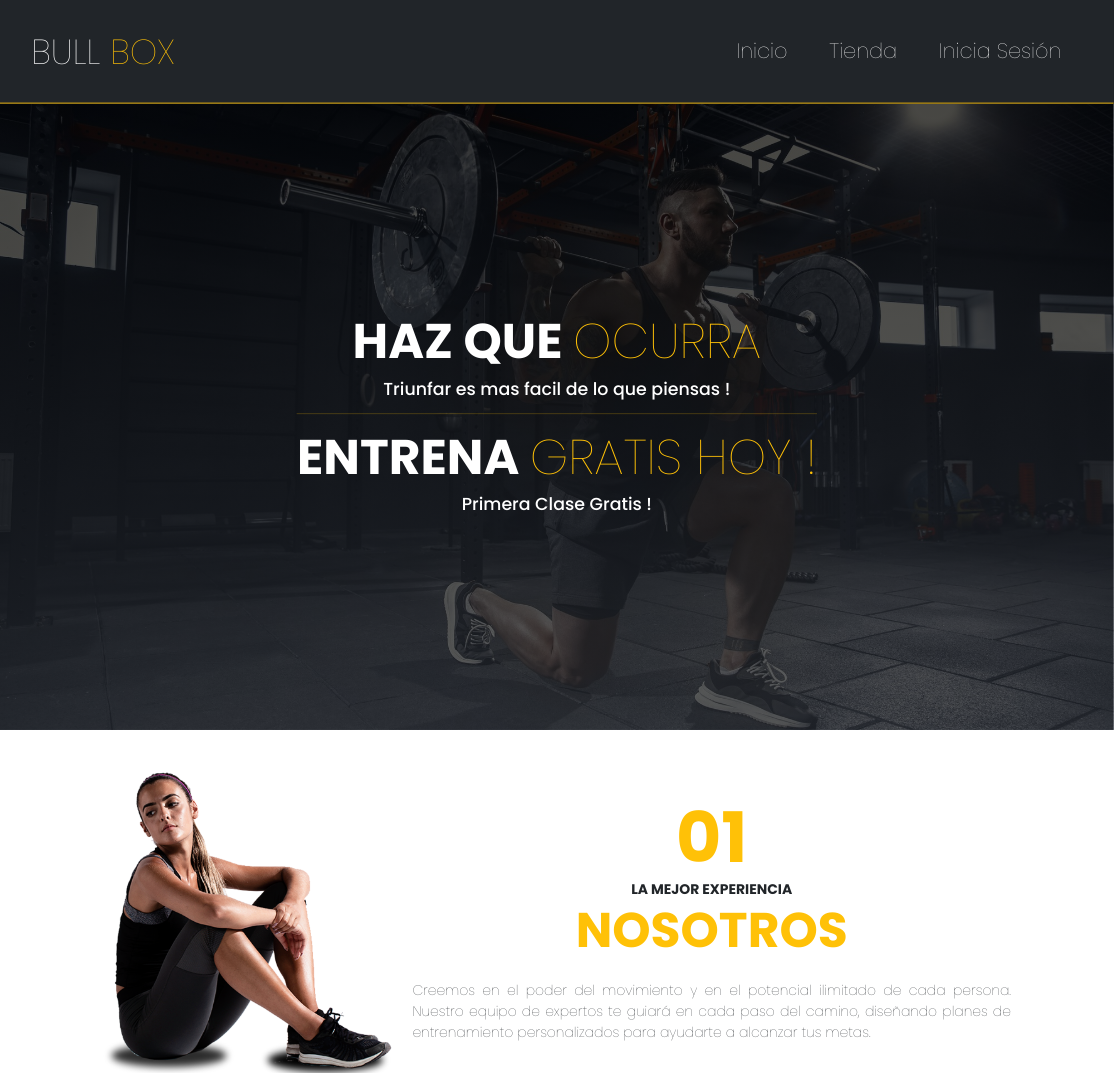
Repository: enjeru13/BullBox
Page: / (app in BullBox/)
The author's editor kept a copy of each file at every save. The page is drawn from the files as they stood at one save, then again after the next save.
The browser window is 1280 px wide. The pictures show the part of the page from y = 0 to 1233 px (the page is 4177 px tall before and 4576 px after), at 87% of full size.
Pictures or frames that could not be fetched are drawn as grey boxes. The project was rebuilt for these pictures with package versions that can differ from the ones it lists, and the page was loaded fresh each time. Also part of the build but not shown: BullBox/vite.config.js, BullBox/src/pages/Registro.jsx, BullBox/src/pages/Login.jsx, BullBox/src/pages/Perfil.jsx, BullBox/src/pages/Tienda.jsx, BullBox/ProtectedRoute.jsx.

Above is the page before, as saved 2024-10-28 12:19:38.

### BullBox/index.html
<!doctype html>
<html lang="en">
  <head>
    <meta charset="UTF-8" />
    <link rel="icon" type="image/svg+xml" href="/vite.svg" />
    <link rel="preconnect" href="https://fonts.googleapis.com">
<link rel="preconnect" href="https://fonts.gstatic.com" crossorigin>
<link href="https://fonts.googleapis.com/css2?family=Poppins:ital,wght@0,100;0,200;0,300;0,400;0,500;0,600;0,700;0,800;0,900;1,100;1,200;1,300;1,400;1,500;1,600;1,700;1,800;1,900&family=Raleway:ital,wght@0,100;0,200;0,300;0,400;0,500;0,600;0,700;0,800;0,900;1,100;1,200;1,300;1,400;1,500;1,600;1,700;1,800;1,900&display=swap" rel="stylesheet">
    <meta name="viewport" content="width=device-width, initial-scale=1.0" />
    <title>Bull Box</title>
  </head>
  <body>
    <div id="root"></div>
    <script type="module" src="/src/main.jsx"></script>
    <script
    src="https://cdn.jsdelivr.net/npm/bootstrap@5.0.2/dist/js/bootstrap.bundle.min.js"
    integrity="sha384-MrcW6ZMFYlzcLA8Nl+NtUVF0sA7MsXsP1UyJoMp4YLEuNSfAP+JcXn/tWtIaxVXM"
    crossorigin="anonymous"
  ></script>
</html>

### BullBox/src/App.jsx
import { BrowserRouter, Routes, Route } from 'react-router-dom'
import { AuthProvider } from './context/AuthContext'
import Header from './components/Header'
import Inicio from './pages/Inicio'
import Registro from './pages/Registro'
import Login from './pages/Login'
import Perfil from './pages/Perfil'
import Tienda from './pages/Tienda'
import ProtectedRoute from '../ProtectedRoute'
import Footer from './components/Footer'

function App() {
  return (
    <AuthProvider>
      <BrowserRouter>
        <Header/>
        <Routes>
          <Route path='/' element={<Inicio />} />

          <Route path='/register' element={<Registro />} />

          <Route path='/login' element={<Login />} />

          <Route path='/tienda' element={<Tienda />} />

          <Route element={<ProtectedRoute/>}>
            <Route path='/profile' element={<Perfil />} />
          </Route>

        </Routes>
        <Footer/>
      </BrowserRouter>
    </AuthProvider>
  )
}

export default App

### BullBox/src/index.css
* {
 margin: 0;
 padding: 0;
 font-family: "Poppins", serif;
 font-optical-sizing: auto;
 font-weight: 100;
 font-style: normal;
}

/* Inicio */

.bg-image {
  background: linear-gradient(rgba(0, 0, 0, 0.717), rgba(36, 38, 42, 0.745)), url("/img/fondo.jpg");
  height: 100vh; /* 100vh = 100% de la altura de la viewport */
  width: 100vw; /* 100vw = 100% del ancho de la viewport */
  background-size: cover; /* Hace que la imagen cubra todo el espacio disponible */
  background-position: center; /* Centra la imagen */
  background-repeat: no-repeat; /* Evita que la imagen se repita */
  justify-content: center;
  align-items: center;
  display: flex;
}

/* Nosotros */

.bg {
  background-color: #dde1e9;
}

.justified-text {
  text-align: justify;
}

/* Servicios */

.bg-image-servicios {
  background: linear-gradient(rgba(0, 0, 0, 0.717), rgba(36, 38, 42, 0.745)), url("/img/fondo-servicios.jpg");
  background-size: cover; /* Hace que la imagen cubra todo el espacio disponible */
  background-position: center; /* Centra la imagen */
  background-repeat: no-repeat; /* Evita que la imagen se repita */
}

/* Planes */

.bg-image-planes {
  background: linear-gradient(rgba(0, 0, 0, 0.717), rgba(36, 38, 42, 0.745)), url("/img/fondo-planes1.jpg");
  background-size: cover; /* Hace que la imagen cubra todo el espacio disponible */
  background-position: center; /* Centra la imagen */
  background-repeat: no-repeat; /* Evita que la imagen se repita */
}

.bg-card {
  background: linear-gradient(rgba(0, 0, 0, 0.745), rgb(18, 17, 17));
}

### BullBox/src/pages/Inicio.jsx
import { FontAwesomeIcon } from '@fortawesome/react-fontawesome';
import { faLocationPin, faDumbbell, faPersonRunning, faWeightHanging } from '@fortawesome/free-solid-svg-icons';
import nosotros from '/img/nosotros.png'
import servicios from '/img/servicios.png'
import QRvzla from '/img/QRvzla.jpg'
import Mapa from '../components/Mapa'

function Inicio() {
    return (
        <>
            {/* Inicio */}

            <section className="bg-image text-center text-white fw-bold">
                <div className=''>
                    <h2 className='fw-bold display-4'>HAZ QUE <span className='text-warning'>OCURRA</span></h2>
                    <h5 className=''>Triunfar es mas facil de lo que piensas !</h5>
                    <hr className='text-warning' />
                    <h2 className='fw-bold display-4'>ENTRENA <span className='text-warning'>GRATIS HOY ! </span> </h2>
                    <h5 className=''>Primera Clase Gratis !</h5>
                </div>
            </section>

            {/* Nosotros */}

            <section className='container fw-bold p-5'>
                <div className='row justify-content-center align-items-center'>
                    <div className='col-md-4'>
                        <img className='img-fluid' src={nosotros} />
                    </div>
                    <div className='col-md-8 my-4 text-center'>
                        <div className='text-warning fw-bold display-1'>
                            01
                        </div>
                        <span className='fw-bold'>LA MEJOR EXPERIENCIA</span>
                        <h1 className='text-warning fw-bold display-4'>NOSOTROS</h1>
                        <p className='justified-text pt-3'> Creemos en el poder del movimiento y en el potencial ilimitado de cada persona. Nuestro equipo de expertos te guiará en cada paso del camino, diseñando planes de entrenamiento personalizados para ayudarte a alcanzar tus metas. </p>
                    </div>
                </div>
                <div >
                    <h1 className='text-center pt-3 pb-3 text-warning fw-bold'>Nuestra ubicacion</h1>
                    <Mapa />
                </div>
                <div>
                    <h3 className='text-center pt-4 fw-bold'> <FontAwesomeIcon className='text-warning me-2' icon={faLocationPin} />Barrio Obrero Calle 15 entre Carreras 21 y 22</h3>
                </div>
            </section>

            {/* Servicios */}

            <section className='bg-image-servicios fw-bold p-5 text-center text-white'>
                <div className='row justify-content-center align-items-center'>
                    <div className='col-md-8 my-4 text-center'>
                        <div className='text-warning fw-bold display-1'>
                            02
                        </div>
                        <span>LA MEJOR EXPERIENCIA</span>
                        <h2 className='text-warning fw-bold display-4'>SERVICIOS</h2>
                        <p className='justified-text pt-3'> ¿Sueñas con un cuerpo más fuerte y saludable?, te ofrecemos todo lo que necesitas para alcanzar tus metas. Desde entrenamientos personalizados hasta clases grupales dinámicas, te guiaremos paso a paso en tu transformación física y mental. </p>
                    </div>
                    <div className='col-md-4'>
                        <img className='img-fluid' src={servicios} />
                    </div>
                </div>
            </section>

            <div className="card text-center m-4 fw-bold bg-dark text-white">
                <div className="card-header border-warning">
                    <h2 className="text-center fw-bold"><i className='me-3'><FontAwesomeIcon icon={faDumbbell} /></i>Clases de <span className='text-warning'>Levantamiento de Pesas</span></h2>
                </div>
                <div className="card-body">
                    <p className="card-text text-center">El levantamiento de pesas es el ejercicio perfecto para tonificar tus músculos y esculpir tu cuerpo. ¡Anímate a probarlo!</p>
                </div>
            </div>

            <div className="card text-center m-4 fw-bold bg-dark text-white">
                <div className="card-header border-warning">
                    <h2 className=" fw-bold card-title text-center"><i className='me-3'><FontAwesomeIcon icon={faWeightHanging} /></i>Clases de <span className='text-warning'>Crosstraining</span></h2>
                </div>
                <div className="card-body">
                    <p className="card-text text-center">Combina ejercicios funcionales, constantemente variados y ejecutados a alta intensidad, para mejorar tu fuerza, resistencia y condición física general. ¡Descubre tu potencial!</p>
                </div>
            </div>

            <div className="card text-center m-4 fw-bold bg-dark text-white">
                <div className="card-header border-warning">
                    <h2 className=" fw-bold card-title text-center"><i className='me-3'><FontAwesomeIcon icon={faPersonRunning} /></i>Entrenamientos <span className='text-warning'>GAP</span></h2>
                </div>
                <div className="card-body">
                    <p className="card-text text-center ">Este entrenamiento se enfoca en fortalecer glúteos, abdomen y piernas, logrando una figura más tonificada y definida. ¡Ideal para quienes buscan resultados rápidos y efectivos!</p>
                </div>
            </div>

            {/* Planes */}

            <section className='bg-image-planes fw-bold p-5 text-center text-white'>
                <div className=''>
                    <div className='text-warning fw-bold display-1'>
                        03
                    </div>
                    <span>LA MEJOR EXPERIENCIA</span>
                    <h2 className='text-warning fw-bold display-4'>Planes</h2>
                </div>
                <p className='justified-text pt-3'>Elige el plan que se adapte a tu estilo de vida y alcanza tus objetivos de forma rápida y segura. Ofrecemos planes personalizados con entrenamiento funcional, cardiovascular y asesoramiento nutricional para optimizar tus resultados. ¡Únete a nuestra comunidad fitness y descubre tu máximo potencial ! </p>
                <div className="row row-cols-1 row-cols-md-3 g-5 pt-5">
                    <div className="col">
                        <div className="bg-card card h-100">
                            <div className="card-body">
                                <h5 className="card-title text-center text-warning display-3 fw-bold m-3 border-bottom border-3 border-warning">2 BULL</h5>
                                <p className="card-text text-center text-white fs-1 fw-bold">2 CLASES POR SEMANA</p>
                                <br />
                                <p className='text-center fs-1 text-warning fw-bold'>12$</p>
                                <p className='text-center text-white fs-1 fw-bold'>MENSUAL</p>
                            </div>
                        </div>
                    </div>
                    <div className="col">
                        <div className="bg-card card h-100">
                            <div className="card-body">
                                <h5 className="card-title text-center text-warning display-3 fw-bold border-bottom border-3 border-warning">FULL BOX</h5>
                                <br />
                                <p className="card-text text-center text-white fs-1 fw-bold ">5 CLASES POR SEMANA</p>
                                <br />
                                <p className='text-center fs-1 text-warning fw-bold'>20$</p>
                                <p className='text-center text-white fs-1 fw-bold'>MENSUAL</p>
                            </div>
                        </div>
                    </div>
                    <div className="col">
                        <div className="bg-card card h-100">
                            <div className="card-body">
                                <h5 className="card-title text-center text-warning display-3 fw-bold m-3 border-bottom border-3 border-warning">3 BULL</h5>
                                <p className="card-text text-center text-white fs-1 fw-bold">3 CLASES POR SEMANA</p>
                                <br />
                                <p className='text-center fs-1 text-warning fw-bold'>15$</p>
                                <p className='text-center text-white fs-1 fw-bold'>MENSUAL</p>
                            </div>
                        </div>
                    </div>
                    <div className='container-fluid h-100 d-flex flex-column justify-content-center align-items-center pt-5'>
                        <button type="button" className="btn btn-warning fw-bold fs-4" data-bs-toggle="modal" data-bs-target="#staticBackdrop">
                            Metodos de Pago
                        </button>
                    </div>
                    <div className="modal fade" id="staticBackdrop" data-bs-backdrop="static" data-bs-keyboard="false" tabIndex="-1" aria-labelledby="staticBackdropLabel" aria-hidden="true">
                        <div className="modal-dialog">
                            <div className="modal-content bg-dark">
                                <div className="modal-header">
                                    <h1 className="modal-title text-warning fs-4" id="staticBackdropLabel">Métodos de Pago</h1>
                                    <button type="button" className="btn-close" data-bs-dismiss="modal" aria-label="Close"></button>
                                </div>
                                <div className="modal-dialog modal-dialog-scrollable text-warning fs-5">
                                    Utiliza el método de pago que mejor se adapte a ti!
                                </div>
                                <p className='text-warning text-center fs-5'>QR Banco de Venezuela</p>
                                <img src={QRvzla} alt="QR banco de Venezuela" />
                                <p className='text-warning text-center fs-5 pt-3'>QR Banco de Venezuela</p>
                                <img src={QRvzla} alt="" />
                                <p className='text-warning text-center fs-5'>QR Banco de Venezuela</p>
                                <img src={QRvzla} alt="" />
                            </div>
                        </div>
                    </div>
                </div>
            </section>
            {/* <Footer /> */}
        </>

    )
}

export default Inicio

### BullBox/src/components/Footer.jsx
import { FontAwesomeIcon } from '@fortawesome/react-fontawesome';
import { faWhatsapp, faFacebook, faInstagram } from '@fortawesome/free-brands-svg-icons';

function Footer() {
    return (
        <div className='d-flex flex-column align-items-center text-center bg-dark border-top border-warning container-fluid p-1'>
            <h5 className='text-white'>2024 - BULL <span className='text-warning'>BOX</span> Todos los Derechos Reservados</h5>
            <div className="d-flex justify-content-center">
                <div className="nav-item">
                    <a className="nav-link text-white fs-2" href="#"><FontAwesomeIcon icon={faWhatsapp} /></a>
                </div>
                <div className="nav-item">
                    <a className="nav-link text-white fs-2 ms-5" href="#"><FontAwesomeIcon icon={faFacebook} /></a>
                </div>
                <div className="nav-item">
                    <a className="nav-link text-white fs-2 ms-5" href="#"><FontAwesomeIcon icon={faInstagram} /></a>
                </div>
            </div>
        </div>
    )
}

export default Footer

### BullBox/src/components/Mapa.jsx
import { MapContainer, TileLayer, Marker, Popup } from 'react-leaflet'
import 'leaflet/dist/leaflet.css'
import './Mapa.css'


const Mapa = () => {
    return (

        <div className='container-fluid'>
            <MapContainer center={{ lat: '7.7819182', lng: '-72.2228125' }} zoom={16}>
                <TileLayer url='https://tile.openstreetmap.org/{z}/{x}/{y}.png'
                    attribution='&copy; <a href="http://www.openstreetmap.org/copyright">OpenStreetMap</a>' />
                <Marker position={{ lat: '7.7819182', lng: '-72.2228125' }}>
                    <Popup>
                        Ubicacion de BULL BOX
                    </Popup>
                </Marker>
            </MapContainer>
        </div>
    )
}

export default Mapa

### BullBox/src/components/Mapa.css
.leaflet-container {
    width: 100%;
    height: 300px;
    background: #000;
}

Loaded but not shown: BullBox/src/main.jsx (common file); BullBox/src/api/auth.js (7 lines, source omitted); BullBox/src/api/axios.js (8 lines, source omitted); BullBox/src/context/AuthContext.jsx (113 lines, source omitted); BullBox/src/components/Header.jsx (49 lines, source omitted)

After the next save:
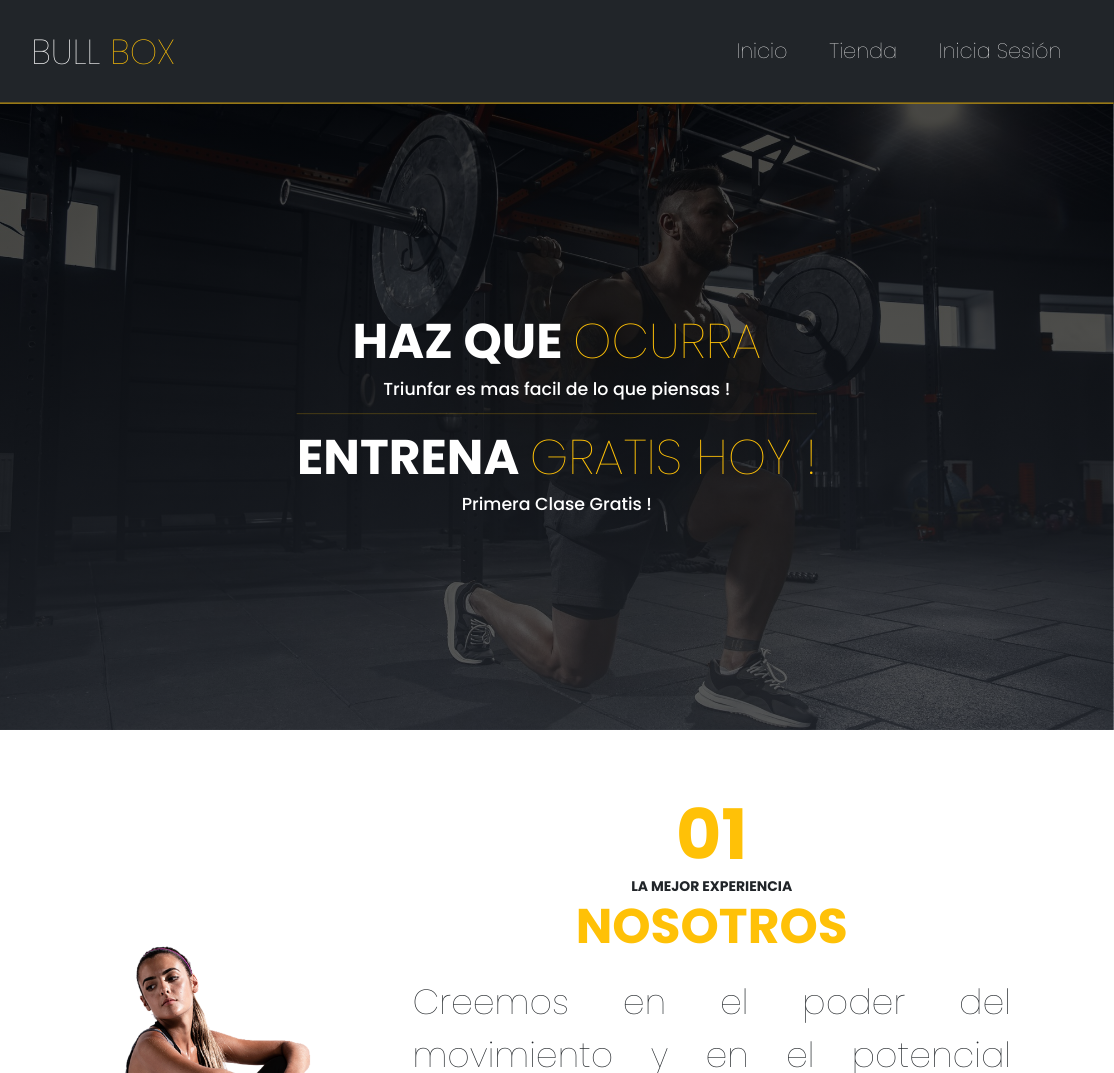
Saved 22 s later.
--- a/BullBox/src/pages/Inicio.jsx
+++ b/BullBox/src/pages/Inicio.jsx
@@ -33,7 +33,7 @@
                         </div>
                         <span className='fw-bold'>LA MEJOR EXPERIENCIA</span>
                         <h1 className='text-warning fw-bold display-4'>NOSOTROS</h1>
-                        <p className='justified-text pt-3'> Creemos en el poder del movimiento y en el potencial ilimitado de cada persona. Nuestro equipo de expertos te guiará en cada paso del camino, diseñando planes de entrenamiento personalizados para ayudarte a alcanzar tus metas. </p>
+                        <p className='justified-text pt-3 fs-1'> Creemos en el poder del movimiento y en el potencial ilimitado de cada persona. Nuestro equipo de expertos te guiará en cada paso del camino, diseñando planes de entrenamiento personalizados para ayudarte a alcanzar tus metas. </p>
                     </div>
                 </div>
                 <div >

After the save that followed:
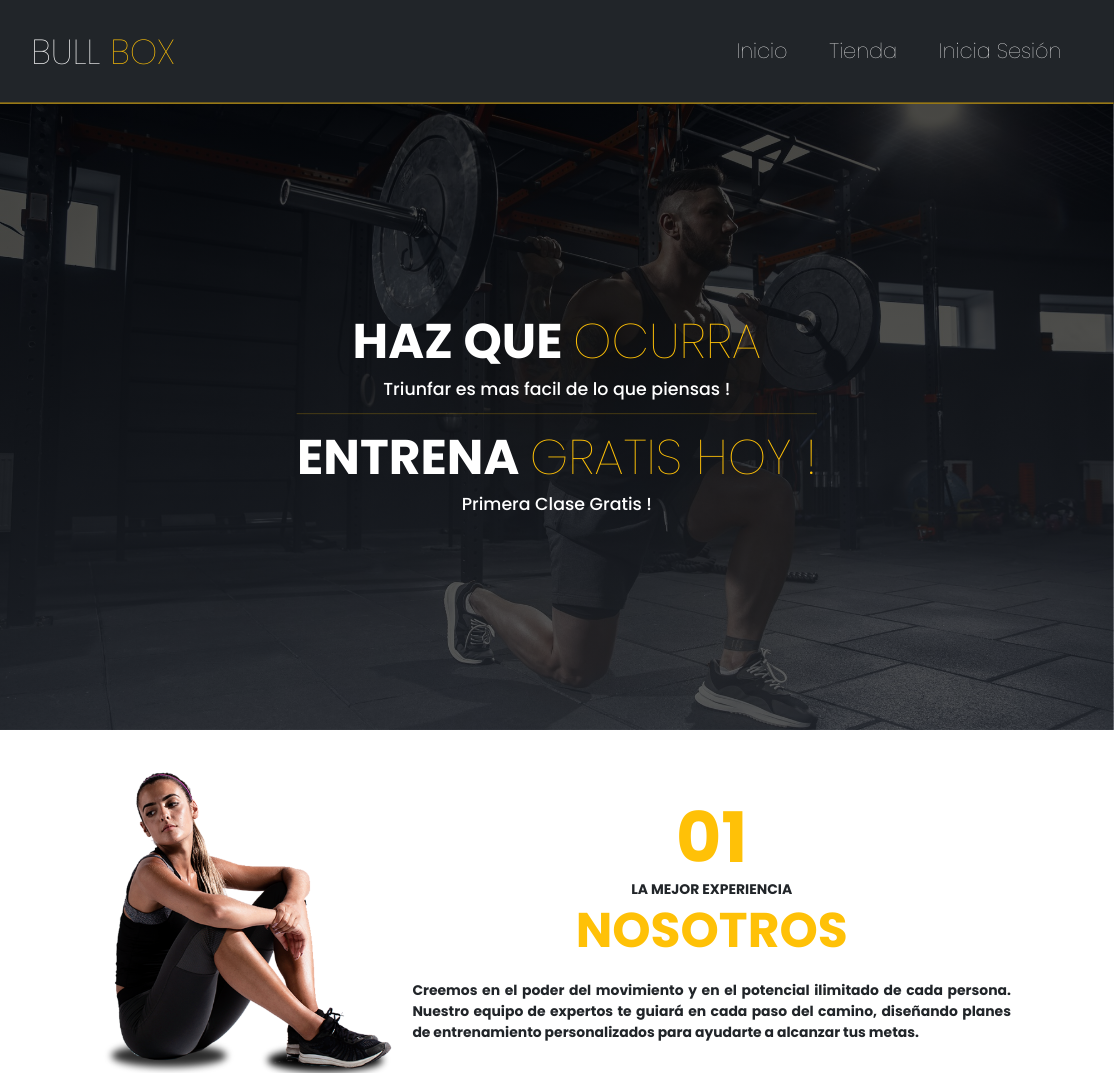
Saved 7 s later.
--- a/BullBox/src/pages/Inicio.jsx
+++ b/BullBox/src/pages/Inicio.jsx
@@ -33,7 +33,7 @@
                         </div>
                         <span className='fw-bold'>LA MEJOR EXPERIENCIA</span>
                         <h1 className='text-warning fw-bold display-4'>NOSOTROS</h1>
-                        <p className='justified-text pt-3 fs-1'> Creemos en el poder del movimiento y en el potencial ilimitado de cada persona. Nuestro equipo de expertos te guiará en cada paso del camino, diseñando planes de entrenamiento personalizados para ayudarte a alcanzar tus metas. </p>
+                        <p className='justified-text pt-3 fw-bold'> Creemos en el poder del movimiento y en el potencial ilimitado de cada persona. Nuestro equipo de expertos te guiará en cada paso del camino, diseñando planes de entrenamiento personalizados para ayudarte a alcanzar tus metas. </p>
                     </div>
                 </div>
                 <div >
